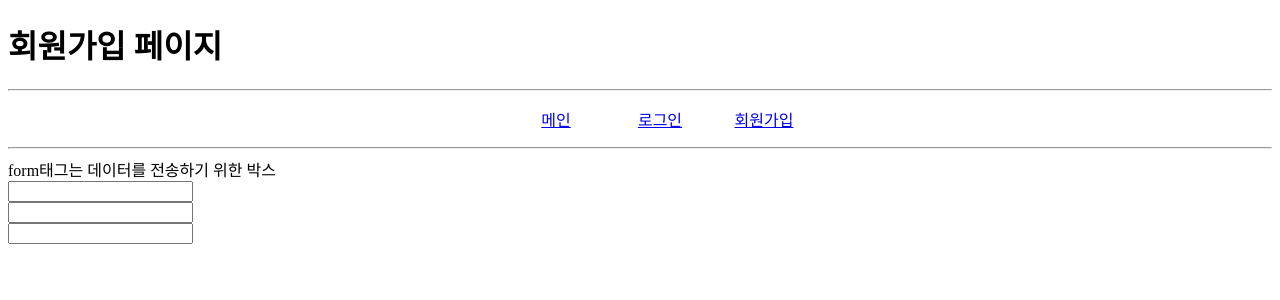
Repository: jchh0177/jsp-work
Page: http://localhost/cos/join.jsp
These files come from the project's save history. The page is drawn as it stood at one moment and after the next save; the edit follows.
The browser window is 1280 px wide. The pictures show the whole page.
The page is served by Tomcat 9. Other server files are loaded and not shown.

Above is the page before, as saved 2020-08-22 02:49:10.

### cos/WebContent/join.jsp
<%@ page language="java" contentType="text/html; charset=UTF-8"
    pageEncoding="UTF-8"%>
<!DOCTYPE html>
<html>
<head>
<meta charset="UTF-8">
<title>회원가입 페이지</title>
<style>
	ul {
		text-align: center;
	}
	li {
		display: inline-block;
		width: 100px;
	}
</style>
</head>
<body>
<h1>회원가입 페이지</h1>
<hr/>
<ul>
	<li><a href="main.jsp">메인</a></li>
	<li><a href="login.jsp">로그인</a></li>
	<li><a href="join.jsp">회원가입</a></li>
</ul>
<hr/>
form태그는 데이터를 전송하기 위한 박스
<form>
	<input type= "text" name="username"/> <br />
	<input type= "password" name="password"/> <br />
	<input type= "email" name="email"/> <br />
</form>

</body>
</html>

After the next save:
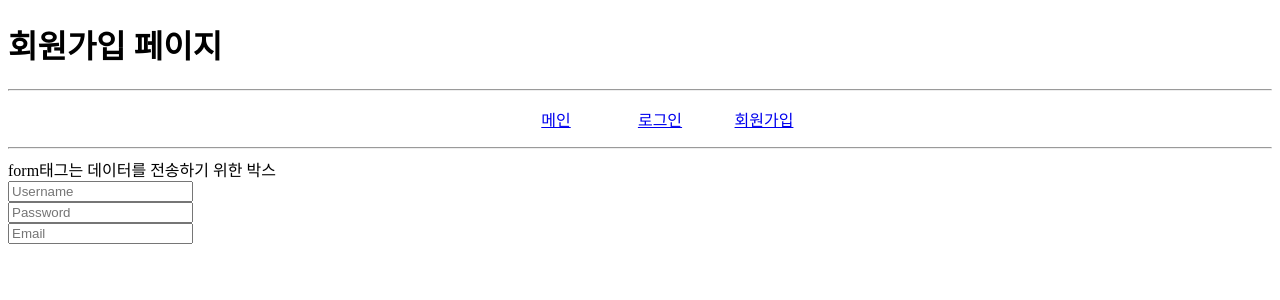
Saved 84 s later.
--- a/cos/WebContent/join.jsp
+++ b/cos/WebContent/join.jsp
@@ -26,9 +26,9 @@
 <hr/>
 form태그는 데이터를 전송하기 위한 박스
 <form>
-	<input type= "text" name="username"/> <br />
-	<input type= "password" name="password"/> <br />
-	<input type= "email" name="email"/> <br />
+	<input type= "text" name="username"  placeholder="Username"/> <br />
+	<input type= "password" name="password"  placeholder="Password"/> <br />
+	<input type= "email" name="email"  placeholder="Email"/> <br />
 </form>
 
 </body>
